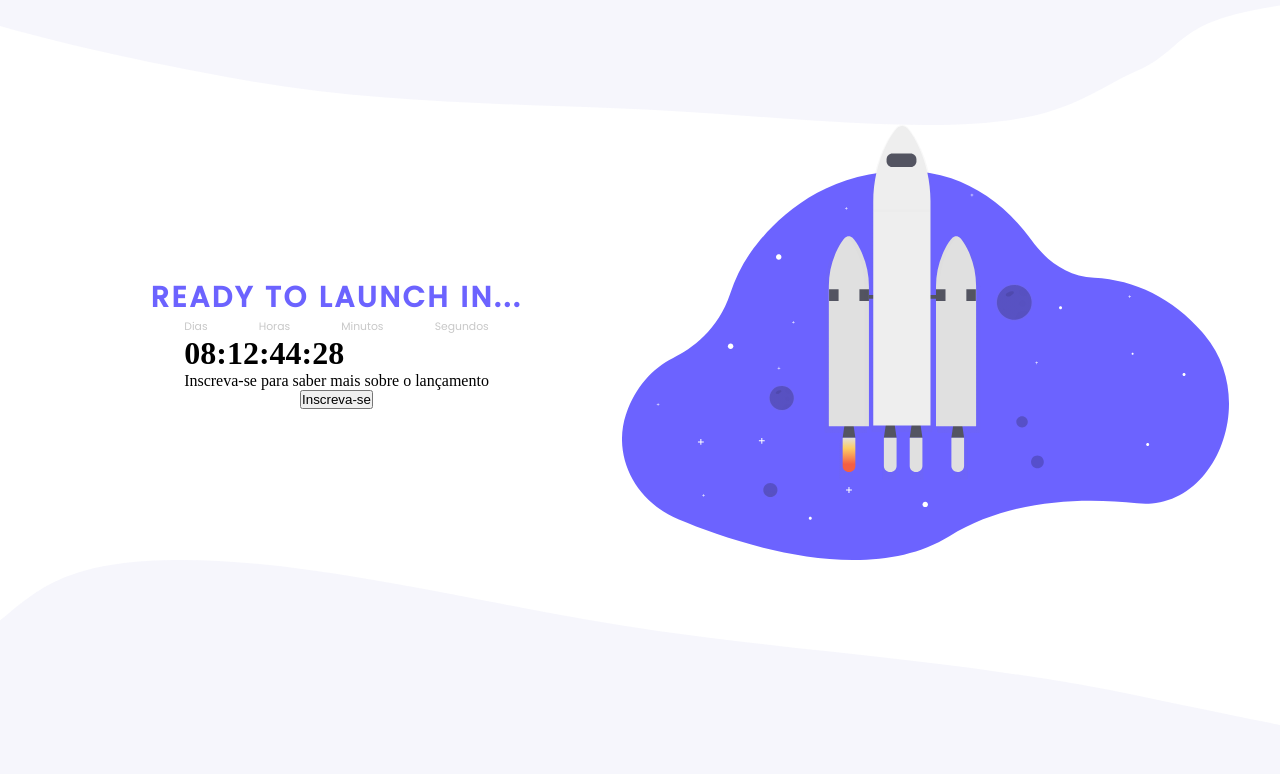
Repository: BrunoBross/countdown
Page: index.html
These files come from the project's save history. The page is drawn as it stood at one moment and after the next save; the edit follows.
The browser window is 1280 px wide. The pictures show the whole page.

Above is the page before, as saved 2021-11-30 00:48:06.

### index.html
<!DOCTYPE html>
<html lang="en">
<head>
  <meta charset="UTF-8">
  <meta http-equiv="X-UA-Compatible" content="IE=edge">
  <meta name="viewport" content="width=device-width, initial-scale=1.0">
  <title>Document</title>
  <link rel="stylesheet" href="./style.css">
  <link rel="preconnect" href="https://fonts.googleapis.com">
  <link rel="preconnect" href="https://fonts.gstatic.com" crossorigin>
  <link href="https://fonts.googleapis.com/css2?family=Poppins:wght@300;400;500&display=swap" rel="stylesheet">
</head>
<body>
  <div class="background">
    <img class="image" id="top" src="./assets/top-image.svg" alt="">
    <div class="center">
      <div class="content">
        <h1>READY TO LAUNCH IN...</h1>
        <div class="clock">
          <div class="labels">
            <p>Dias</p>
            <p>Horas</p>
            <p>Minutos</p>
            <p>Segundos</p>
          </div>
          <div class="time">
            <h1>08</h1>
            <h1>:</h1>
            <h1>12</h1>
            <h1>:</h1>
            <h1>44</h1>
            <h1>:</h1>
            <h1>28</h1>
          </div>
        </div>
        <p>Inscreva-se para saber mais sobre o lançamento</p>
        <button>Inscreva-se</button>
      </div>
      <img id="rocket" src="./assets/rocket.svg" alt="">
    </div>
    <img class="image" id="bottom" src="./assets/bottom-image.svg" alt="">
  </div>
</body>

<script src="./script.js"></script>
</html>

### style.css
*{
  padding: 0;
  margin: 0;
}

body{
  background-color: #FFF;
}

.background{
  height: 100vh;
  display: flex;
  flex-direction: column;
  justify-content: space-between;
}

.center{
  padding: 0 4vw;
  display: flex;
  justify-content: space-between;
}

.image{
  width: 100vw;
}

.clock{
  display: flex;
  flex-direction: column;
}

.labels{
  display: flex;
}

.time{
  display: flex;
}

.content{
  width: 50vw;
  display: flex;
  flex-direction: column;
  justify-content: center;
  align-items: center;
}

.content > h1{
  color: #6C63FF;
  font-family: 'Poppins', 'sans-serif';
  font-weight: 700;
  font-size: 4vh;
  letter-spacing: 0.2vw;
}

.labels{
  display: flex;
  gap: 4vw;
}

.labels > p{
  color: #C8C8C8;
  font-family: 'Poppins', 'sans-serif';
  font-size: 1.5vh;
}

.time{
  display: flex;
}

.time > h1{

}

Loaded but not shown: script.js (no copy from this time; the picture is the same without it)

After the next save:
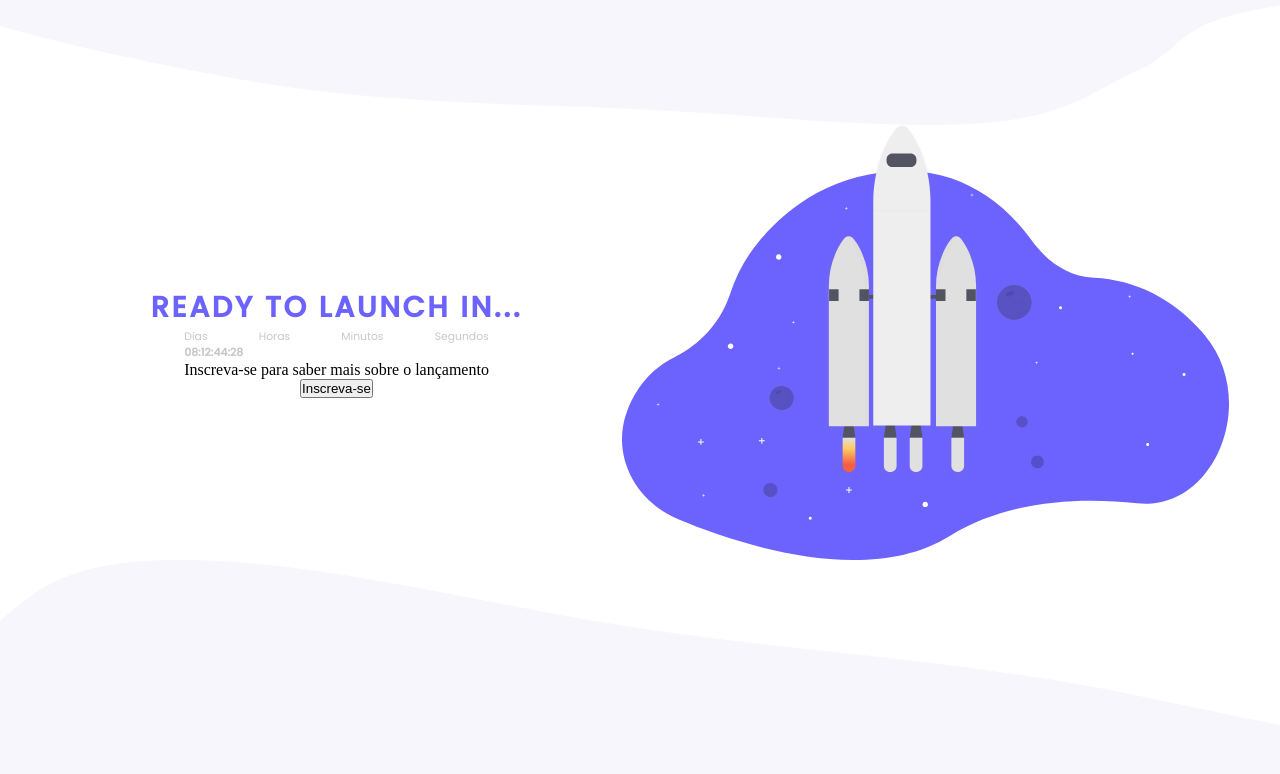
Saved 3 min 27 s later.
--- a/style.css
+++ b/style.css
@@ -69,5 +69,7 @@ body{
 }
 
 .time > h1{
-
+  color: #C8C8C8;
+  font-family: 'Poppins', 'sans-serif';
+  font-size: 1.5vh;
 }
